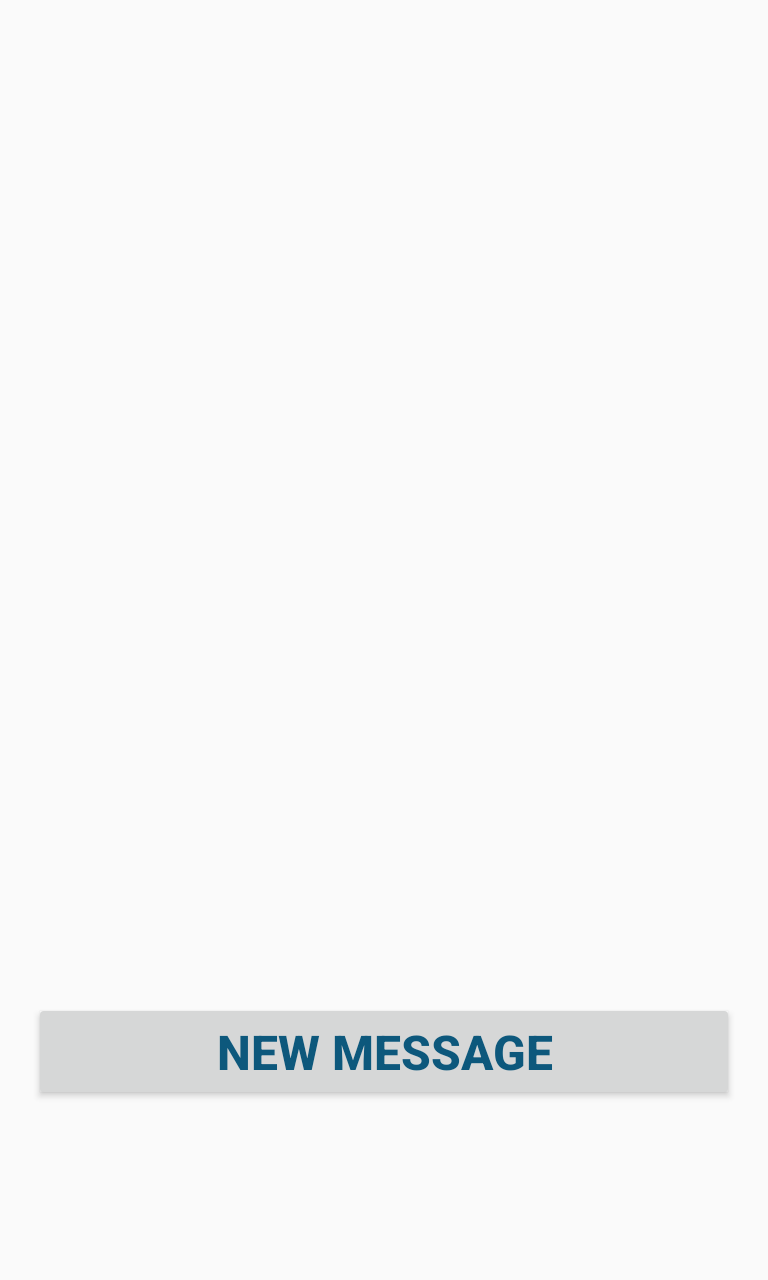
Repository: asaphy/routines
Layout: AndroidWorkSpace/Father'sDayApp/res/layout/activity_main.xml
An editor plug-in stored every save of this project. The layout is shown before and after the next save, followed by the edit.
It is drawn on a 768 x 1280 px phone screen (xhdpi) without system bars, with theme AppTheme; the app's code is not run.

Above is the layout before, as saved 2014-06-14 22:14:07.

### AndroidWorkSpace/Father'sDayApp/res/layout/activity_main.xml
<RelativeLayout xmlns:android="http://schemas.android.com/apk/res/android"
    xmlns:tools="http://schemas.android.com/tools"
    android:layout_width="match_parent"
    android:layout_height="match_parent"
    android:paddingBottom="@dimen/activity_vertical_margin"
    android:paddingLeft="@dimen/activity_horizontal_margin"
    android:paddingRight="@dimen/activity_horizontal_margin"
    android:paddingTop="@dimen/activity_vertical_margin"
    tools:context="com.asaphyuan.fathersdayapp.MainActivity$PlaceholderFragment" >

    <TextView
        android:id="@+id/textView1"
        android:layout_width="wrap_content"
        android:layout_height="wrap_content"
        android:layout_alignParentTop="true"
        android:layout_centerHorizontal="true"
        android:layout_marginTop="103dp"
        android:gravity="center_horizontal"
        android:textSize="32sp" />

    <Button
        android:id="@+id/button1"
        android:layout_width="match_parent"
        android:layout_height="wrap_content"
        android:layout_alignParentBottom="true"
        android:layout_alignParentRight="true"
        android:layout_marginBottom="72dp"
        android:text="New Message"
        android:textColor="#0D587C"
        android:textSize="24sp"
        android:textStyle="bold"
        android:typeface="normal" />

</RelativeLayout>

Loaded but not shown: AndroidWorkSpace/Father'sDayApp/res/values/styles.xml (common file); AndroidWorkSpace/Father'sDayApp/res/values-v11/styles.xml (common file); AndroidWorkSpace/Father'sDayApp/res/values-v14/styles.xml (common file); AndroidWorkSpace/Father'sDayApp/res/values/dimens.xml (common file); AndroidWorkSpace/Father'sDayApp/res/values-w820dp/dimens.xml (common file)

After the next save:
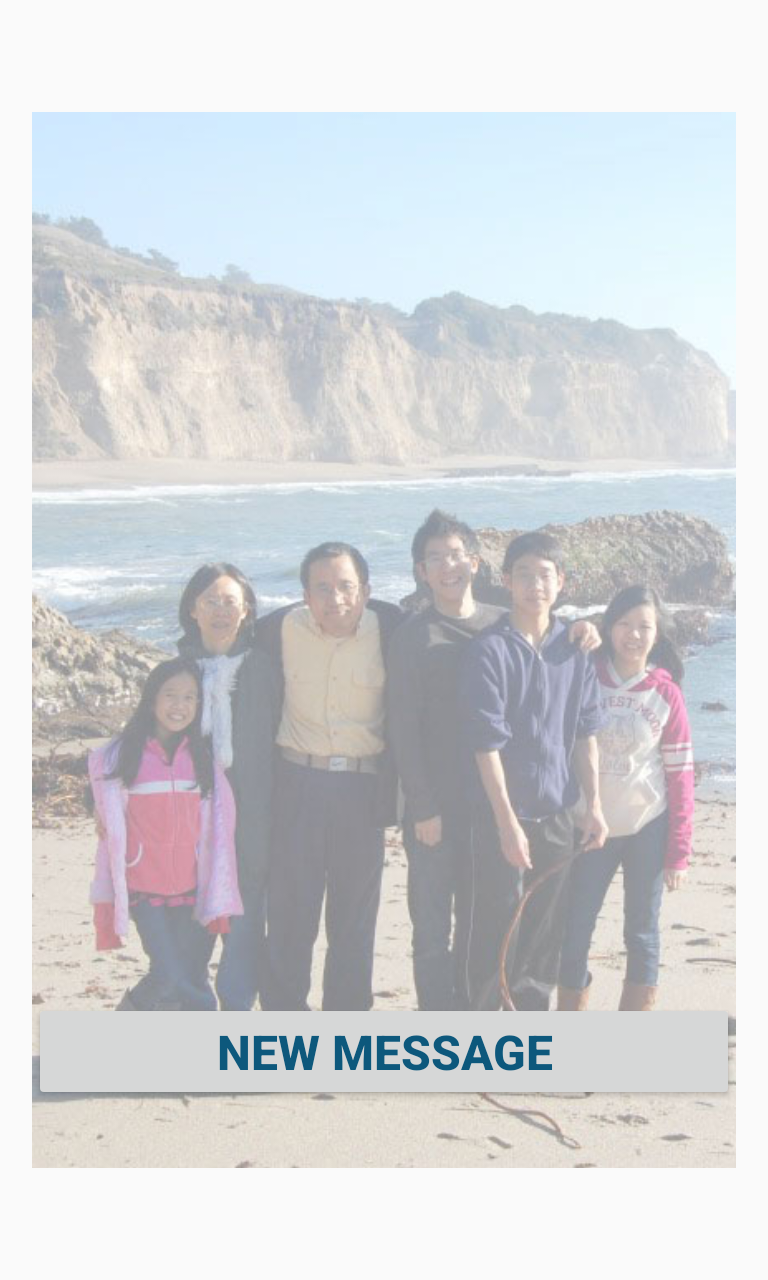
Saved 8 min 27 s later.
--- a/AndroidWorkSpace/Father'sDayApp/res/layout/activity_main.xml
+++ b/AndroidWorkSpace/Father'sDayApp/res/layout/activity_main.xml
@@ -7,6 +7,12 @@
     android:paddingRight="@dimen/activity_horizontal_margin"
     android:paddingTop="@dimen/activity_vertical_margin"
     tools:context="com.asaphyuan.fathersdayapp.MainActivity$PlaceholderFragment" >
+
+    <ImageView
+        android:id="@+id/imageView1"
+        android:layout_width="match_parent"
+        android:layout_height="match_parent"
+        android:src="@drawable/family" />
 
     <TextView
         android:id="@+id/textView1"
